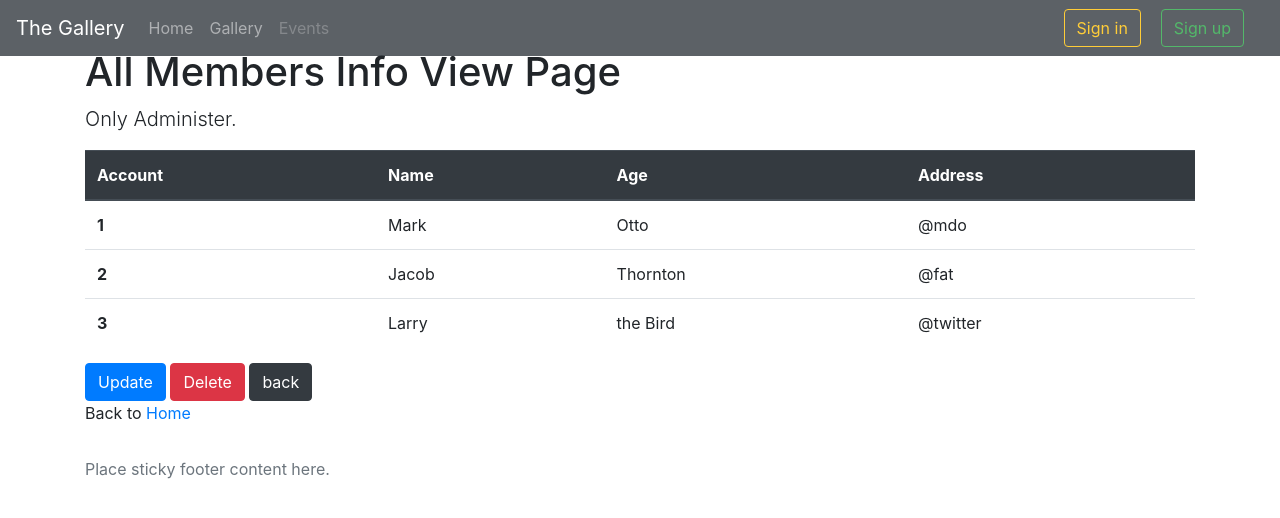
Repository: caramelsyrup/SpringProject1
Page: http://localhost/gallery/WEB-INF/views/member/allmember.jsp
An editor plug-in stored every save of this project. The page is shown before and after the next save, followed by the edit.
The browser window is 1280 px wide. The pictures show the whole page.
The page is served by Tomcat 9. Nobody is signed in. Other server files are loaded and not shown. The template is opened directly, without the code that normally fills it, so the values that code supplies are empty.

Above is the page before, as saved 2020-11-22 14:39:29.

### gallery/src/main/webapp/WEB-INF/views/member/allmember.jsp
<%@ page language="java" contentType="text/html; charset=UTF-8" pageEncoding="UTF-8"%>
<%@ include file="/resources/includes/header.jsp" %>
<!DOCTYPE html>
<html>
<head>
<meta charset="UTF-8">
<title>memberInfo</title>
</head>
<body>
<!-- Begin page content -->
<main role="main" class="flex-shrink-0">
  <div class="container" >
    <h1 class="mt-5">All Members Info View Page</h1>
    <p class="lead">Only Administer.</p>
		<table class="table">
		  <thead class="thead-dark">
		    <tr>
		      <th scope="col">Account</th>
		      <th scope="col">Name</th>
		      <th scope="col">Age</th>
		      <th scope="col">Address</th>
		    </tr>
		  </thead>
		  <tbody>
		    <tr>
		      <th scope="row">1</th>
		      <td>Mark</td>
		      <td>Otto</td>
		      <td>@mdo</td>
		    </tr>
		    <tr>
		      <th scope="row">2</th>
		      <td>Jacob</td>
		      <td>Thornton</td>
		      <td>@fat</td>
		    </tr>
		    <tr>
		      <th scope="row">3</th>
		      <td>Larry</td>
		      <td>the Bird</td>
		      <td>@twitter</td>
		    </tr>
		  </tbody>
		</table>
	<input class="btn btn-primary" type="button" id="btndoUpdate" value="Update">
	<input class="btn btn-danger" type="button" id="btndoDelete" value="Delete">
	<input class="btn btn-dark" type="button" value="back" onclick="history.back()">
   <p>Back to <a href="/">Home</a></p>
  </div>

</main>
<script src="/resources/js/member.js"></script>
<footer class="footer mt-auto py-3">
  <div class="container">
    <span class="text-muted">Place sticky footer content here.</span>
  </div>
</footer>
</body>
</html>

### gallery/src/main/webapp/resources/includes/header.jsp
<%@ taglib prefix="c" uri="http://java.sun.com/jsp/jstl/core" %>
<!DOCTYPE html>
<html>
<head>
<meta charset="UTF-8">
    <meta charset="utf-8">
    <meta name="viewport" content="width=device-width, initial-scale=1, shrink-to-fit=no">
    <meta name="description" content="">
    <meta name="author" content="Mark Otto, Jacob Thornton, and Bootstrap contributors">
    <meta name="generator" content="Jekyll v4.1.1">
<script src="https://code.jquery.com/jquery-3.5.1.js" integrity="sha256-QWo7LDvxbWT2tbbQ97B53yJnYU3WhH/C8ycbRAkjPDc=" crossorigin="anonymous"></script>
<!-- Latest compiled and minified CSS -->
<link rel="stylesheet" href="https://stackpath.bootstrapcdn.com/bootstrap/4.5.2/css/bootstrap.min.css">
<!-- Latest compiled JavaScript -->
<script src="https://stackpath.bootstrapcdn.com/bootstrap/4.5.2/js/bootstrap.min.js"></script>
</head>
<!-- 최상단 -->
<body class="d-flex flex-column h-100">
    <header>
  <!-- Fixed navbar -->
  <nav class="navbar navbar-expand-md navbar-dark fixed-top bg-dark" style="opacity: 0.8;">
    <a class="navbar-brand" href="/">The Gallery</a>
    <button class="navbar-toggler" type="button" data-toggle="collapse" data-target="#navbarCollapse" aria-controls="navbarCollapse" aria-expanded="false" aria-label="Toggle navigation">
      <span class="navbar-toggler-icon"></span>
    </button>
    <div class="collapse navbar-collapse" id="navbarCollapse">
      <ul class="navbar-nav mr-auto">
        <li class="nav-item">
          <a class="nav-link" href="/">Home <!-- <span class="sr-only">(current)</span> --> </a>
        </li>
        <li class="nav-item">
          <a class="nav-link" href="/gallery/list">Gallery</a>
        </li>
        <c:choose>
	        <c:when test="${member.auth==0||member.auth==1}">
	        	<li class="nav-item">
		          <a class="nav-link" href="/events/elist">Events</a>
		        </li>
	        </c:when>
			<c:otherwise>
				<li class="nav-item">
		          <a class="nav-link disabled" href="/events/elist"  aria-disabled="true">Events</a>
		        </li>
			</c:otherwise>
        </c:choose>

	    <c:if test="${member.auth==0}">
	     <li class="nav-item">
	      <a class="nav-link" href="/member/memberInfo/${member.username}">Info</a>
	     </li>
	    </c:if>
	    <c:if test="${member.auth==1}">
	     <li class="nav-item">
	      <a class="nav-link" href="/member/allmember">All Member</a>
	     </li>
	     <li class="nav-item">
	      <a class="nav-link" href="/member/memberInfo">All Reservation</a>
	     </li>
	    </c:if>

      </ul>
       <c:choose>
       	<c:when test="${empty member.username}">
       		<a class="btn btn-outline-warning my-2 my-sm-0" href="/member/createMember" style="margin-right: 20px">Sign in</a>
      		<a class="btn btn-outline-success my-2 my-sm-0" href="/customLogin" style="margin-right: 20px">Sign up</a>
      	</c:when>
      	<c:otherwise>
        	<a class="btn btn-outline-success my-2 my-sm-0" href="/customLogout">Logout</a>
        </c:otherwise>
       </c:choose>
    </div>
  </nav>
</header>

### gallery/src/main/webapp/resources/js/member.js
$(document).ready(function(){
	// 회원가입 화면, 중복체크 버튼
	$("#btnIDchk").click(function(){

		var userID = $("#username").val();

		if(userID==""){
			alert("아이디를 입력하세요.");
			$("#username").focus();
			return false;
		}

		$.ajax({
			type:"post",
			url:"/member/idcheck",
			data:{"userID":userID}
		})
		.done(function(resp){
			if(resp.trim()=="yes"){
				alert('사용가능!');
				$(opener.documnet).find("#username").val(userID);
			}else{
				alert('사용불가능!');
				$("#username").val("");
				$("#username").focus();
			}
		})
		.fail(function(error){
			alert("error : "+error);
		})
	});

	//회원가입, 주소 검색 버튼
	$("#btnAddr").on("click",function(){
		window.open("/member/address","","width=800 height=600");
	});
	// 주소창, 주소검색 버튼
	$("#btnAddressChk").click(function(){
		var addr = $("#dong").val();

		if(addr==""){
			alert("동을 입력하세요.");
			$("#dong").focus();
			return false;
		}
		//동검색시, 하단에 결과 값 출력
		$.ajax({
			type:"post",
			url:"/member/searchAddr",
			data:{"dong":addr}
		})
		.done(function(resp){
			var Hstr="";
			Hstr+="<tr><th scope='col'>우편번호</th>";
			Hstr+="<th scope='col'>시도</th>";
			Hstr+="<th scope='col'>구군</th>";
			Hstr+="<th scope='col'>동</th>";
			Hstr+="<th scope='col'>번지</th></tr>";
			$("#resultArea thead").html(Hstr);

			var rStr="";
			$.each(resp,function(key,val){
				rStr +="<tr><th th scope='row'>"+val.zipcode+"</th>";
				rStr +="<td>"+val.sido+"</td>";
				rStr +="<td>"+val.gugun+"</td>";
				rStr +="<td>"+val.dong+"</td>";
				rStr +="<td>"+val.bunji+"</td>";
				rStr +="</tr>";
			})
			$("#resultArea tbody").html(rStr);
		})
		.fail(function(e){
			alert(e);
		});
		// 영역 클릭시, 주소에 자동 입력
		$("#resultArea").on("click","tr",function(){
			var address = $("th:eq(0)",this).text()+" "+$("td:eq(1)",this).text()+" "+$("td:eq(2)",this).text()+" "+$("td:eq(3)",this).text()+" "+$("td:eq(4)",this).text();
			$(opener.document).find("#address").val(address);
			self.close();
		});
	});

	// 회원가입 화면, 회원가입버튼
	$("#btndoCreate").on("click",function(){
		if($("#username").val().trim()==""){
			alert('아이디를 입력하세요!');
			return false;
		}
		if($("#password").val().trim()==""){
			alert('비밀번호를 입력하세요!');
			return false;
		}
		if($("#membername").val().trim()==""){
			alert('이름을 입력하세요!');
			return false;
		}
		if($("#age").val().trim()==""){
			alert('나이를 입력하세요!');
			return false;
		}
		if($("#address").val().trim()==""){
			alert('주소를 입력하세요!');
			return false;
		}
		if($("#email").val().trim()==""){
			alert('이메일을 입력하세요!');
			return false;
		}
		$("#createForm").submit();
	});

	// 회원개인정보창, 회원정보 변경
	$("#btndoUpdate").click(function(){
		if($("#password").val().trim()==""){
			alert('비밀번호를 입력하세요!');
			return false;
		}
		if($("#membername").val().trim()==""){
			alert('이름을 입력하세요!');
			return false;
		}
		if($("#age").val().trim()==""){
			alert('나이를 입력하세요!');
			return false;
		}
		if($("#address").val().trim()==""){
			alert('주소를 입력하세요!');
			return false;
		}
		if($("#email").val().trim()==""){
			alert('이메일을 입력하세요!');
			return false;
		}

		if(confirm('Would you change the information?')){
			$("#updateForm").submit();
		}
	});

	// 회원 개인정보창, 회원삭제
	$("#btndoDelete").click(function(){
		if(confirm('Would you delete your account?')){
			var username = $("#username").val();
			//삭제가 참일때
			$.ajax({
				type:"DELETE",
				url:"/member/dodelete/"+username,
				contentType:"application/json;charset=utf-8"	// 서버에 보낼때 헤더 설정. json형태, utf-8인코딩
			})
			.done(function(resp){
				alert('Done deleting');
				location.href="/customLogout";
			})
			.fail(function(e){
				alert(e);
			});
		}	//if문 종결
	});


});

After the next save:
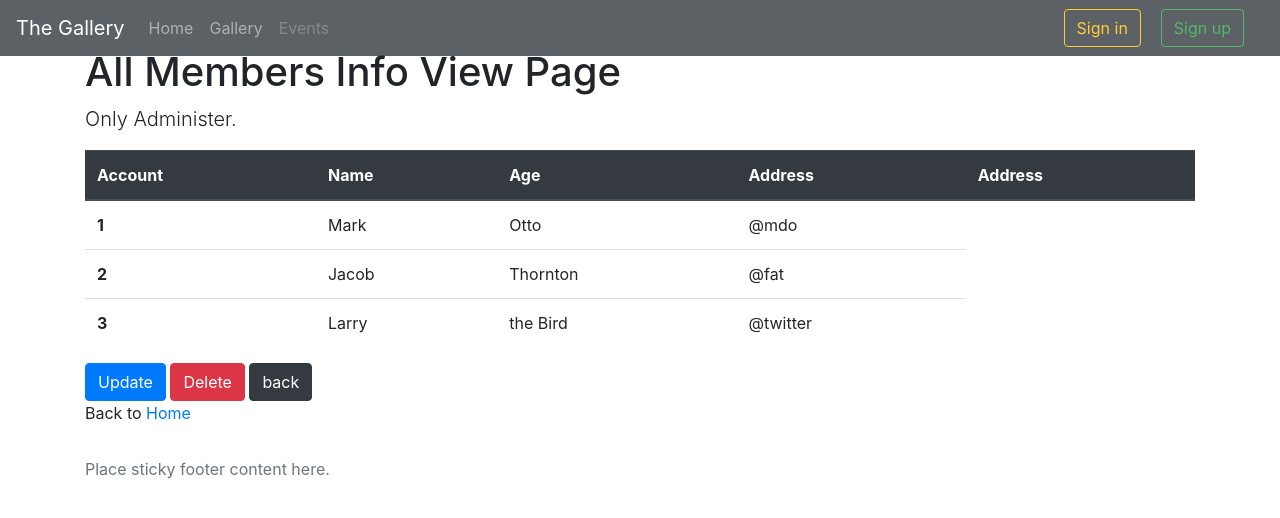
Saved 6 s later.
--- a/gallery/src/main/webapp/WEB-INF/views/member/allmember.jsp
+++ b/gallery/src/main/webapp/WEB-INF/views/member/allmember.jsp
@@ -18,6 +18,7 @@
 		      <th scope="col">Account</th>
 		      <th scope="col">Name</th>
 		      <th scope="col">Age</th>
+		      <th scope="col">Address</th>
 		      <th scope="col">Address</th>
 		    </tr>
 		  </thead>
